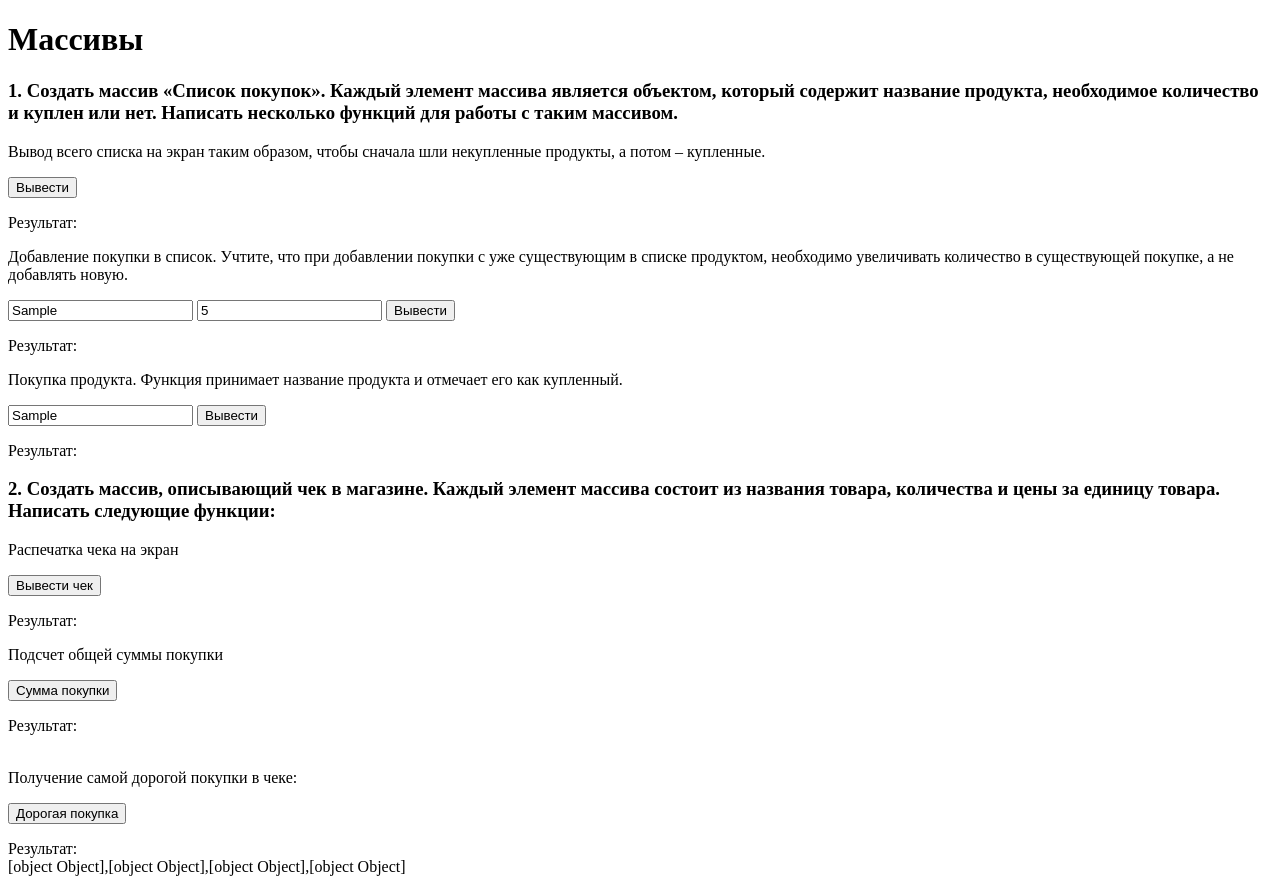
Repository: NastyaGavrilova/Beetroot-js
Page: HW5/index.html
The author's editor kept a copy of each file at every save. The page is drawn from the files as they stood at one save, then again after the next save.
The browser window is 1280 px wide. The pictures show the whole page.
Empty fields were first filled with sample values (such as "Sample", 5 or name@example.com).
After loading, the first visible `#js-task2-btn3` was clicked once.

Above is the page before, as saved 2021-10-22 13:31:17.

After the next save:
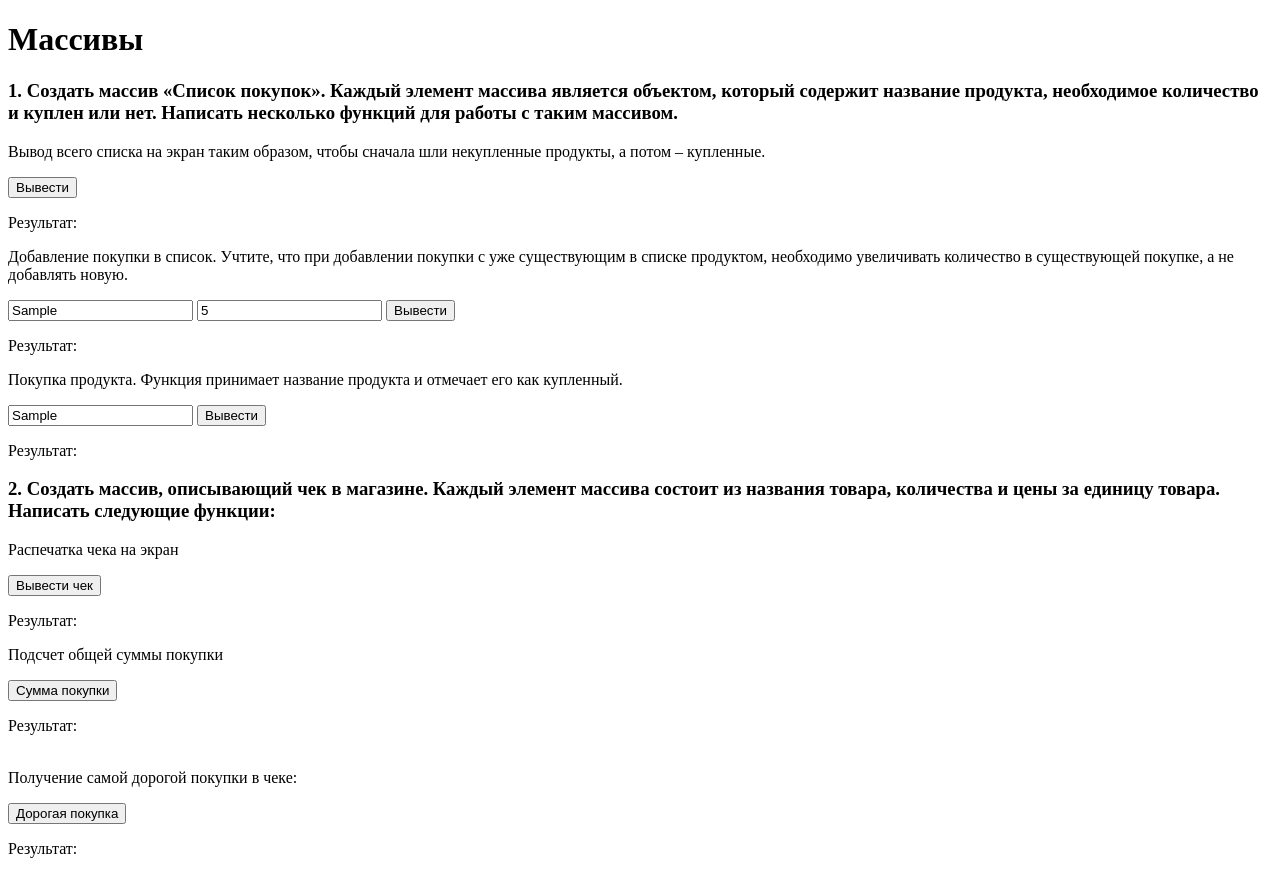
Console error: TypeError: object is not a function
Saved 109 s later.
--- a/HW5/index.js
+++ b/HW5/index.js
@@ -160,10 +160,10 @@ let sumCheck = (spanEl) => {
   }
   return (spanEl.innerHTML = `${res}грн`);
 };
-function bigPriceInChek(arr) {
+function bigPriceInChek(shopCheck) {
   //функция получения самого дорого товара в чеке
   let result = 0;
-  result = shopList.sort(Product.sortDefault);
+  result = shopCheck.reduce(shopCheck.sort(Product.sortDefault));
   return result;
 }
 // function expensiveProduct(spanEl) {

After the 2 saves that followed:
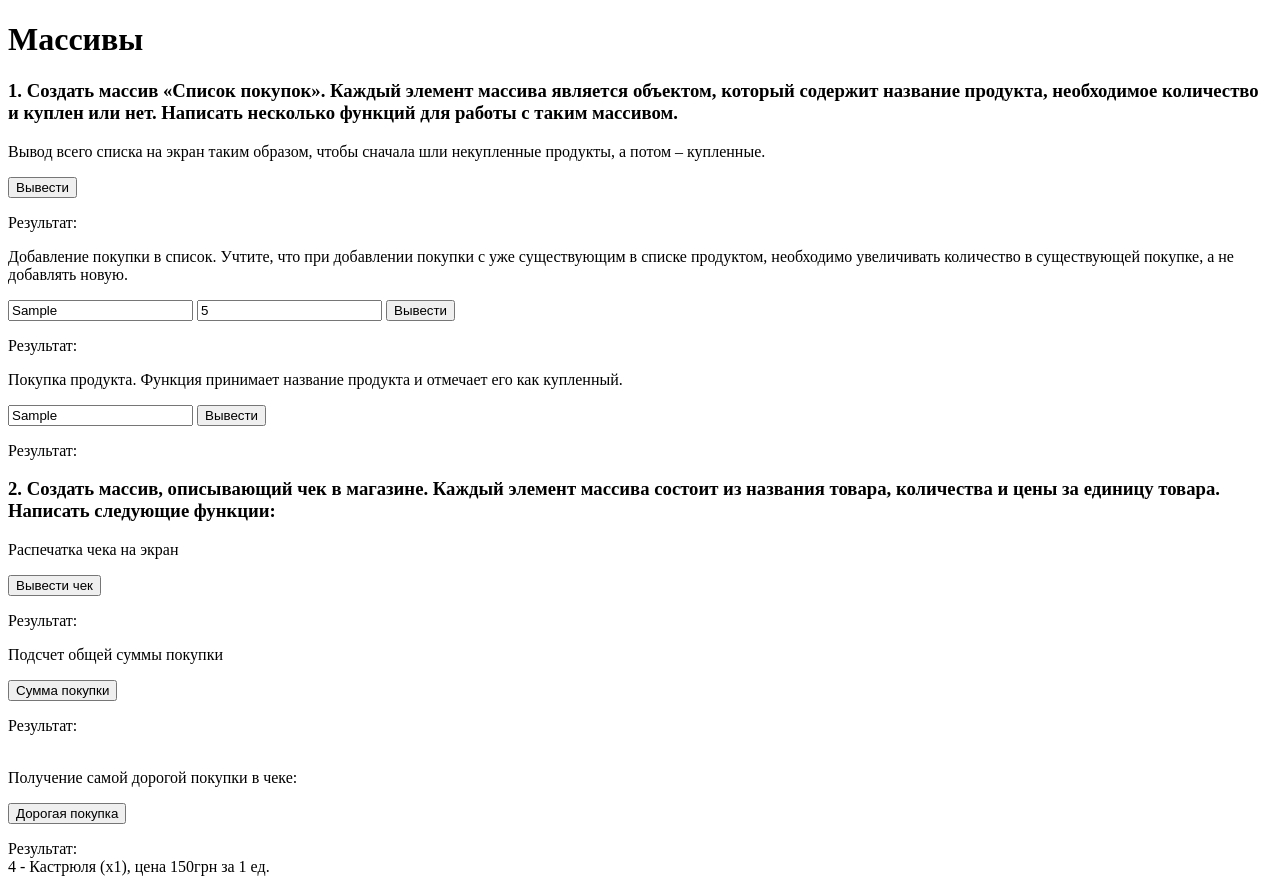
The error is gone.
The 2 saves are shown as one change because 1 left the picture as it was.
The last was saved 2 min 12 s later.
--- a/HW5/index.js
+++ b/HW5/index.js
@@ -160,25 +160,18 @@ let sumCheck = (spanEl) => {
   }
   return (spanEl.innerHTML = `${res}грн`);
 };
-function bigPriceInChek(shopCheck) {
-  //функция получения самого дорого товара в чеке
-  let result = 0;
-  result = shopCheck.reduce(shopCheck.sort(Product.sortDefault));
-  return result;
+
+function expensiveProduct(spanEl) {
+  let str = " ";
+  for (let i = 0; i < shopCheck.length; i++) {
+    if (shopCheck[i] !== undefined) {
+      shopCheck.sort(Product.sortExpensive);
+      str = i + " - " + shopCheck[i].toString();
+    }
+  }
+
+  return (spanEl.innerHTML = str);
 }
-// function expensiveProduct(spanEl) {
-//   let str = " ";
-//   for (let i = 0; i < shopCheck.length; i++) {
-//     if (
-//       shopCheck[i].amount * shopCheck.price >
-//       shopCheck[i + 1].amount * shopCheck[i + 1].price
-//     ) {
-//       str = i + " - " + shopCheck[i].toString();
-//     }
-//   }
-
-//   return (spanEl.innerHTML = str);
-// }
 // function expensiveProduct(spanEl) {
 //   let res = 0;
 //   for (let i = 0; i < shopCheck.length; i++) {
@@ -212,5 +205,5 @@ btn2_3.addEventListener("click", (e) => {
   let outputExpensiveProd = document.getElementById("js-task2-span3");
   // shopCheck.sort(ShopCheck.sortExpensive);
   // showCheckList(outputExpensiveProd);
-  return (outputExpensiveProd.innerHTML = bigPriceInChek(shopCheck));
-});
+  expensiveProduct(outputExpensiveProd);
+});
